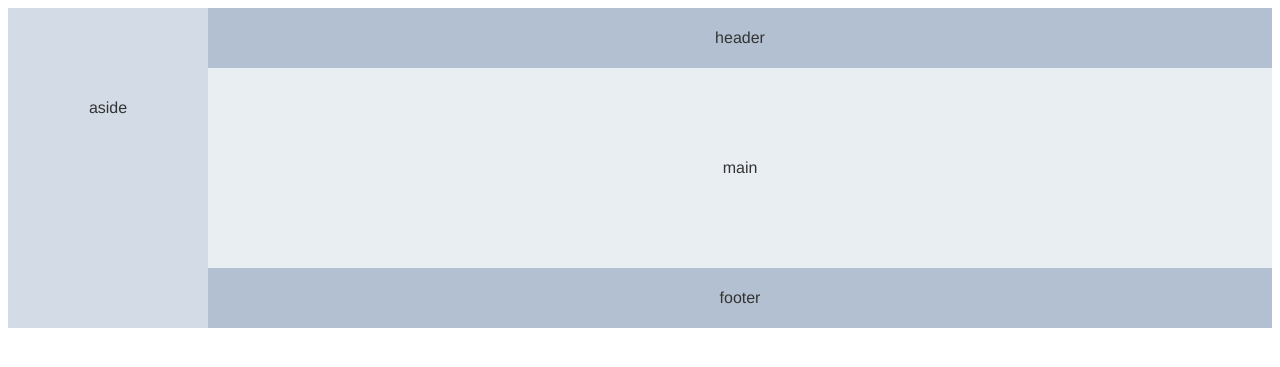
Repository: lagezhou888/element-vue2
Page: /#/button
These files come from the project's save history. The page is drawn as it stood at one moment and after the next save; the edit follows.
The browser window is 1280 px wide. The pictures show the whole page.
The project was rebuilt for these pictures with package versions that can differ from the ones it lists, and the page was loaded fresh each time. Also part of the build but not shown: src/components/HelloWorld.vue, src/views/Home.vue.

Above is the page before, as saved 2021-05-13 13:57:31.

### src/main.js
import Vue from 'vue'
import ElementUI from 'element-ui'
import 'element-ui/lib/theme-chalk/index.css'
import App from './App.vue'

// fade/zoom 等
import 'element-ui/lib/theme-chalk/base.css'
// collapse 展开折叠
import CollapseTransition from 'element-ui/lib/transitions/collapse-transition'

import router from './router'
import store from './store'
import '@/plugins/element.js'

Vue.component(CollapseTransition.name, CollapseTransition)
Vue.use(ElementUI, { size: 'small', zIndex: 3000 })
Vue.use(ElementUI)
Vue.config.productionTip = false

new Vue({
  router,
  store,
  render: h => h(App)
}).$mount('#app')

### src/App.vue
<template>
  <div id="app">
    <!-- <div id="nav">
      <router-link to="/">Home</router-link> |
      <router-link to="/about">About</router-link>
    </div> -->
    <router-view/>
  </div>
</template>

<style lang="less">
#app {
  font-family: Avenir, Helvetica, Arial, sans-serif;
  -webkit-font-smoothing: antialiased;
  -moz-osx-font-smoothing: grayscale;
  text-align: center;
  color: #2c3e50;
}

#nav {
  padding: 30px;

  a {
    font-weight: bold;
    color: #2c3e50;

    &.router-link-exact-active {
      color: #42b983;
    }
  }
}
</style>

### src/router/index.js
import Vue from 'vue'
import VueRouter from 'vue-router'
import Home from '../views/Home.vue'

Vue.use(VueRouter)

const routes = [
  {
    path: '/',
    name: 'Home',
    component: Home
  },
  {
    path: '/about',
    name: 'About',
    // route level code-splitting
    // this generates a separate chunk (about.[hash].js) for this route
    // which is lazy-loaded when the route is visited.
    component: () => import(/* webpackChunkName: "about" */ '../views/About.vue')
  },
  {
    path: '/button',
    name: 'button',
    component: () => import('../views/components/use-button.vue')
  }
]

const router = new VueRouter({
  routes
})

export default router

### src/plugins/element.js
import Vue from 'vue'
import {
  Pagination,
  Dialog,
  Autocomplete,
  Dropdown,
  DropdownMenu,
  DropdownItem,
  Menu,
  Submenu,
  MenuItem,
  MenuItemGroup,
  Input,
  InputNumber,
  Radio,
  RadioGroup,
  RadioButton,
  Checkbox,
  CheckboxButton,
  CheckboxGroup,
  Switch,
  Select,
  Option,
  OptionGroup,
  Button,
  ButtonGroup,
  Table,
  TableColumn,
  DatePicker,
  TimeSelect,
  TimePicker,
  Popover,
  Tooltip,
  Breadcrumb,
  BreadcrumbItem,
  Form,
  FormItem,
  Tabs,
  TabPane,
  Tag,
  Tree,
  Alert,
  Slider,
  Icon,
  Row,
  Col,
  Upload,
  Progress,
  Spinner,
  Badge,
  Card,
  Rate,
  Steps,
  Step,
  Carousel,
  CarouselItem,
  Collapse,
  CollapseItem,
  Cascader,
  ColorPicker,
  Transfer,
  Container,
  Header,
  Aside,
  Main,
  Footer,
  Timeline,
  TimelineItem,
  Link,
  Divider,
  Image,
  Calendar,
  Backtop,
  PageHeader,
  CascaderPanel,
  Loading,
  MessageBox,
  Message,
  Notification
} from 'element-ui'

Vue.use(Pagination)
Vue.use(Dialog)
Vue.use(Autocomplete)
Vue.use(Dropdown)
Vue.use(DropdownMenu)
Vue.use(DropdownItem)
Vue.use(Menu)
Vue.use(Submenu)
Vue.use(MenuItem)
Vue.use(MenuItemGroup)
Vue.use(Input)
Vue.use(InputNumber)
Vue.use(Radio)
Vue.use(RadioGroup)
Vue.use(RadioButton)
Vue.use(Checkbox)
Vue.use(CheckboxButton)
Vue.use(CheckboxGroup)
Vue.use(Switch)
Vue.use(Select)
Vue.use(Option)
Vue.use(OptionGroup)
Vue.use(Button)
Vue.use(ButtonGroup)
Vue.use(Table)
Vue.use(TableColumn)
Vue.use(DatePicker)
Vue.use(TimeSelect)
Vue.use(TimePicker)
Vue.use(Popover)
Vue.use(Tooltip)
Vue.use(Breadcrumb)
Vue.use(BreadcrumbItem)
Vue.use(Form)
Vue.use(FormItem)
Vue.use(Tabs)
Vue.use(TabPane)
Vue.use(Tag)
Vue.use(Tree)
Vue.use(Alert)
Vue.use(Slider)
Vue.use(Icon)
Vue.use(Row)
Vue.use(Col)
Vue.use(Upload)
Vue.use(Progress)
Vue.use(Spinner)
Vue.use(Badge)
Vue.use(Card)
Vue.use(Rate)
Vue.use(Steps)
Vue.use(Step)
Vue.use(Carousel)
Vue.use(CarouselItem)
Vue.use(Collapse)
Vue.use(CollapseItem)
Vue.use(Cascader)
Vue.use(ColorPicker)
Vue.use(Transfer)
Vue.use(Container)
Vue.use(Header)
Vue.use(Aside)
Vue.use(Main)
Vue.use(Footer)
Vue.use(Timeline)
Vue.use(TimelineItem)
Vue.use(Link)
Vue.use(Divider)
Vue.use(Image)
Vue.use(Calendar)
Vue.use(Backtop)
Vue.use(PageHeader)
Vue.use(CascaderPanel)

Vue.use(Loading.directive)

Vue.prototype.$loading = Loading.service
Vue.prototype.$msgbox = MessageBox
Vue.prototype.$alert = MessageBox.alert
Vue.prototype.$confirm = MessageBox.confirm
Vue.prototype.$prompt = MessageBox.prompt
Vue.prototype.$notify = Notification
Vue.prototype.$message = Message

### src/views/components/use-button.vue
<template>
  <div>
    <el-container>
      <el-aside width="200px">
          aside
      </el-aside>
      <el-container>
        <el-container>
          <el-header height="">
            header
          </el-header>
          <el-main height="">
            main
          </el-main>
          <el-footer height="">
            footer
          </el-footer>
        </el-container>
      </el-container>
    </el-container>
  </div>
</template>

<script>
export default {
  data () {
    return {
      list: [
        { name: '111', url: 'http://111' },
        { name: '111', url: 'http://111' }
      ]
    }
  },
  mounted () {
    console.log('old:' + JSON.stringify(this.list))
    this.list.forEach(element => {
      element.name += 'aaa'
    })
    console.log('new:' + JSON.stringify(this.list))
  }
}
</script>

<style lang="less" scoped>
  .el-header, .el-footer {
    background-color: #B3C0D1;
    color: #333;
    text-align: center;
    line-height: 60px;
  }

  .el-aside {
    background-color: #D3DCE6;
    color: #333;
    text-align: center;
    line-height: 200px;
  }

  .el-main {
    background-color: #E9EEF3;
    color: #333;
    text-align: center;
    line-height: 160px;
  }

  body > .el-container {
    margin-bottom: 40px;
  }

  .el-container:nth-child(5) .el-aside,
  .el-container:nth-child(6) .el-aside {
    line-height: 260px;
  }

  .el-container:nth-child(7) .el-aside {
    line-height: 320px;
  }
</style>

Loaded but not shown: public/index.html (common file); src/store/index.js (common file)

After the next save:
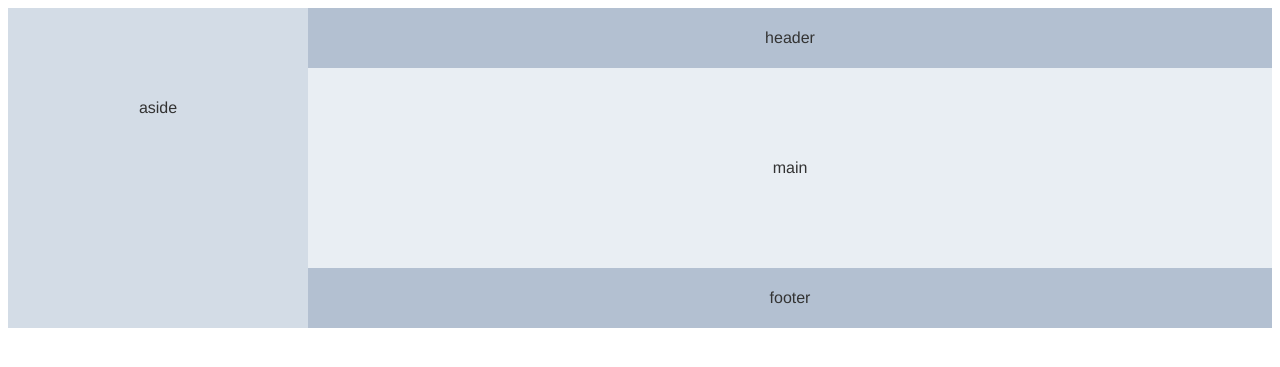
Saved 57 s later.
--- a/src/views/components/use-button.vue
+++ b/src/views/components/use-button.vue
@@ -1,7 +1,7 @@
 <template>
   <div>
     <el-container>
-      <el-aside width="200px">
+      <el-aside width="300px">
           aside
       </el-aside>
       <el-container>
